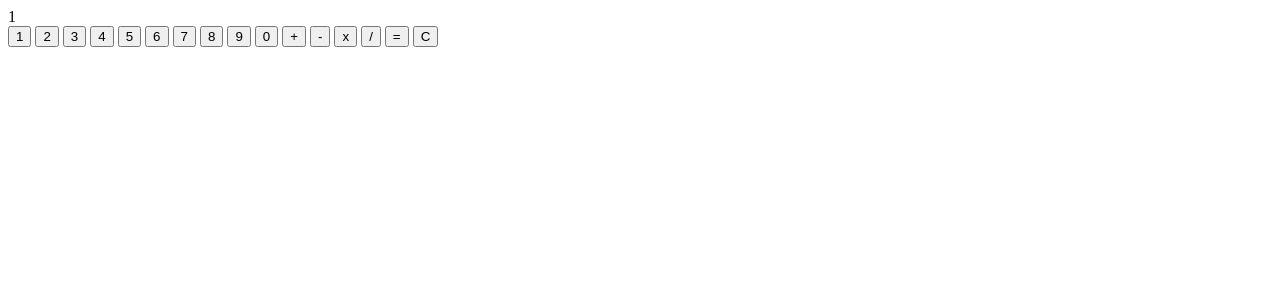
Repository: TEazy2433/LAB-calculator
Page: index.html
These files come from the project's save history. The page is drawn as it stood at one moment and after the next save; the edit follows.
The browser window is 1280 px wide. The pictures show the whole page.

Above is the page before, as saved 2023-10-13 17:20:05.

After the next save:
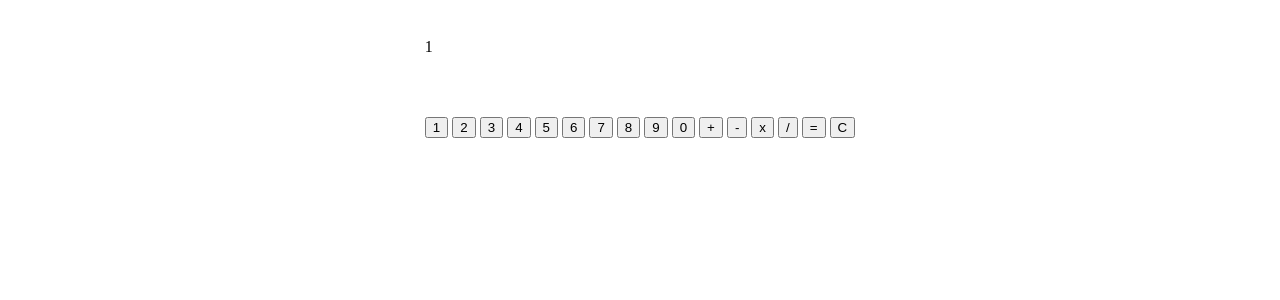
Saved 26 s later.
--- a/main.css
+++ b/main.css
@@ -1,4 +1,4 @@
-.calculator{
+.container{
   height: 10rem;
   display: grid;
   justify-content: center;
